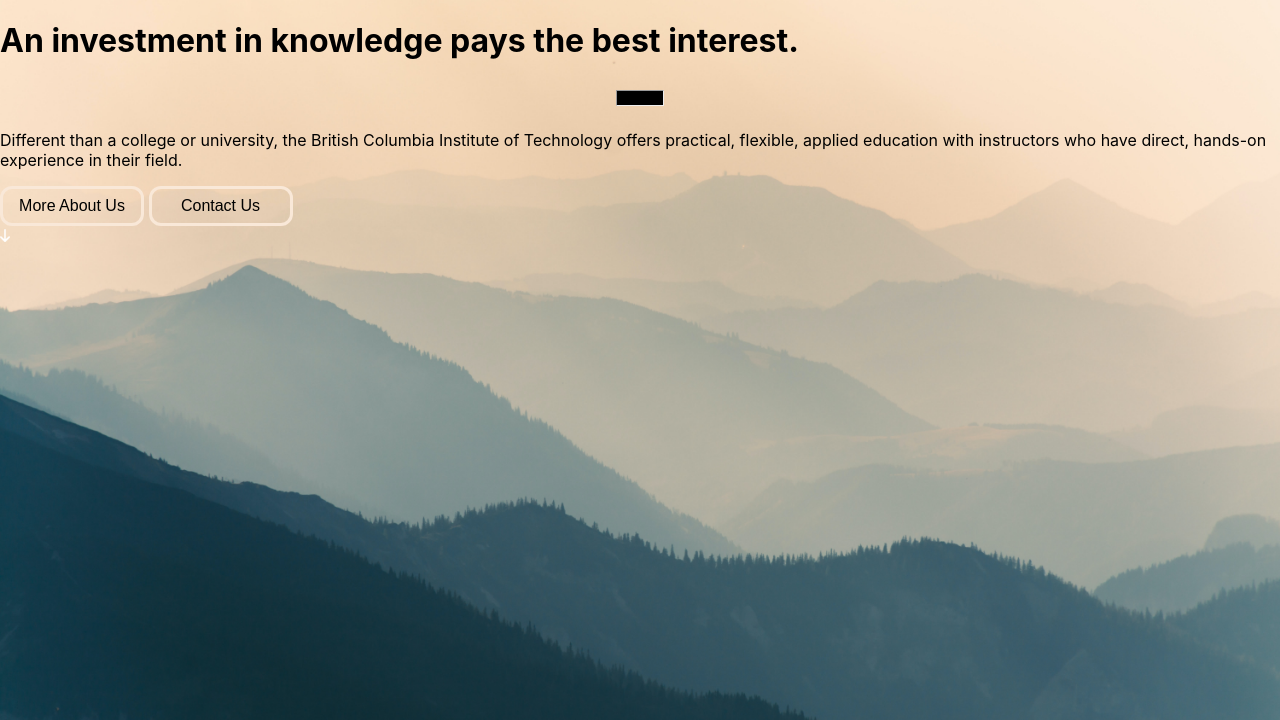
Repository: SaraShio/A01314209_Sara_Shiojima
Page: /
An editor plug-in stored every save of this project. The page is shown before and after a run of saves, followed by the edit.
The browser window is 1280 px wide. The pictures show the whole page.
The project was rebuilt for these pictures with package versions that can differ from the ones it lists, and the page was loaded fresh each time. The framework's server and built-in components were replaced by stand-ins that run in the browser. Also part of the build but not shown: next.config.js.

Above is the page before, as saved 2023-02-07 22:43:02.

### pages/index.js
import Head from 'next/head'
import Image from 'next/image'
import styles from '../styles/Home.module.css'
import Link from 'next/link'
import Arrow from '../components/Arrow'

export default function Home() {
  return (
    <>
      <Head>
        <title>Home</title>
        <meta name="author" content="MDIA 2109" />
        <meta property="og:title" content="Assignment #1 - Home Page" />
        <meta property="og:description" content="BCIT Digital Design and Development Diploma" />
        <link rel="icon" href='/favicon.png' />
      </Head>

      <main className={styles.main}>
        <div className={styles.content}>
          <header>
            <h1>An investment in knowledge pays the best interest.</h1>
          </header>
          <hr className={styles.line}></hr>
          <p>Different than a college or university, the British Columbia Institute of Technology offers practical, flexible, applied education with instructors who have direct, hands-on experience in their field.</p>
          <div>
            <a href='/about'> <button className={styles.button}>More About Us</button></a>

            <a href='/contact'> <button className={styles.button}>Contact Us</button></a>
          </div>
        </div>
        <Arrow page="Home" />
      </main>
    </>
  )
}

### styles/globals.css
:root{
  --beige:#f9e8d8;
  --black: #000000;
  }


html,
body {
  padding: 0;
  margin: 0;
  font-family: -apple-system, BlinkMacSystemFont, Segoe UI, Roboto, Oxygen,
    Ubuntu, Cantarell, Fira Sans, Droid Sans, Helvetica Neue, sans-serif;
}

a {
  color: inherit;
  text-decoration: none;
}

* {
  box-sizing: border-box;
}

@media (prefers-color-scheme: dark) {
  html {
    color-scheme: dark;
  }
  body {
    color: white;
    background: black;
  }
}

### styles/Home.module.css

.main{
background-image: url(../public/background-images/backgroundMountain.jpg);
height: 100vh;
width: 100vw;
 background-size: cover;
  background-repeat:no-repeat;
  background-position:center;
}



.content{
    display: flex;
    flex-direction: column;
    justify-content: center;
    align-items: left;
}

.button{
background-color: transparent;
border: 0.2rem solid var(--beige);
height: 2.5rem;
width: 9rem;
font-size: 1rem;
border-radius: 0.75rem;
}

.line{
    width: 3rem;
    height: 1rem;
    background-color: black;
}

### components/Arrow/index.js
import styles from './Arrow.module.css'

export default function Arrow({
    page = "home",
}) {
    return (

        page.toLowerCase() === "home" ?
            <div className={styles.arrow}><a><span><img src={'public/icons/downwardArrow.png'} /></span></a>
            </div> :
            page.toLowerCase() === "about" ?
                <div className={styles.arrow}><a><span><img src={'public/icons/upwardArrow.png'} /></span></a>
                    <a><span><img src={'public/icons/downwardArrow.png'} /></span></a>
                </div> :
                page.toLowerCase() === "contact" ?
                    <div className={styles.arrow}><a href="/about"><span><img src={'public/icons/upwardArrow.png'} /></span></a>
                    </div> :
                    <div className={styles.arrow}><a href="/"><span><img src={'public/icons/downwardArrow.png'} /></span></a>
                    </div>
    )
}

### components/Arrow/Arrow.module.css
.arrow{
    color: pink;
    bottom:20px;
}


.arrow > a > span > img{
    width: 10px;
}

Loaded but not shown: pages/_app.js (common file)

After the next 3 saves:
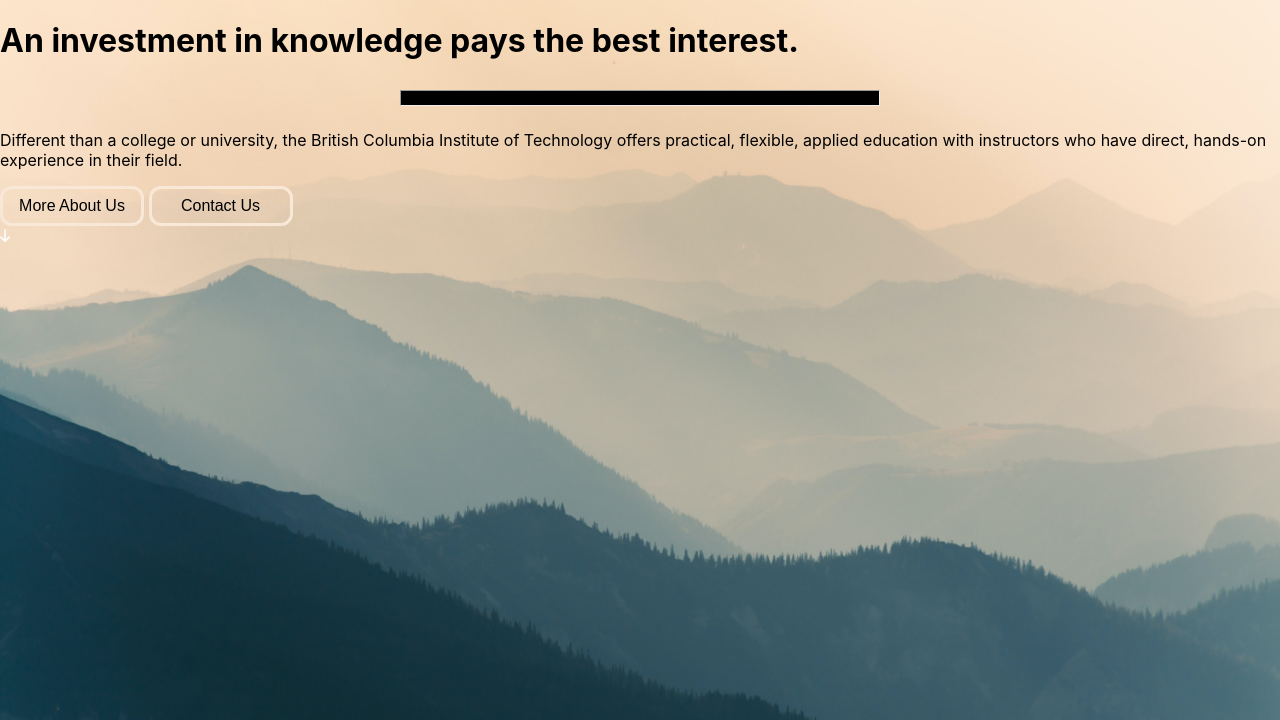
The 3 saves are shown as one change because they came seconds apart.
The last was saved 21 s later.
--- a/styles/Home.module.css
+++ b/styles/Home.module.css
@@ -27,7 +27,7 @@ border-radius: 0.75rem;
 }
 
 .line{
-    width: 3rem;
+    width: 30rem;
     height: 1rem;
     background-color: black;
 }
